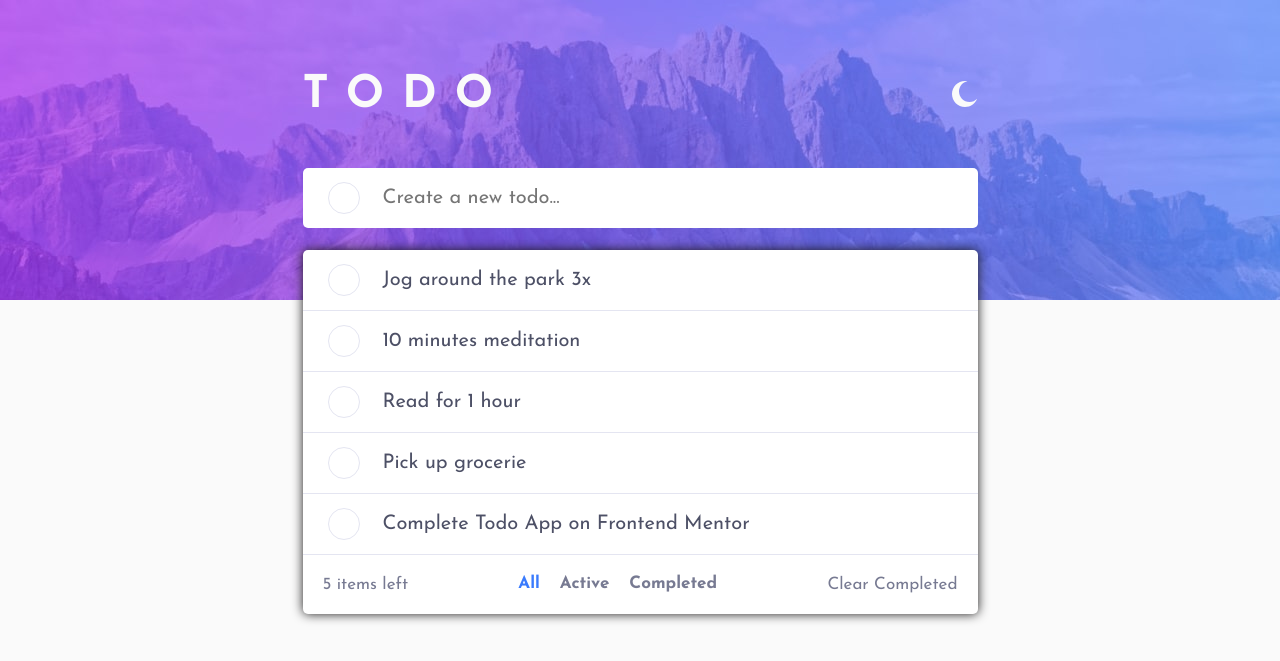
Repository: tomas938/todo-app
Page: /
An editor plug-in stored every save of this project. The page is shown before and after the next save, followed by the edit.
The browser window is 1280 px wide. The pictures show the whole page.
The project was rebuilt for these pictures with package versions that can differ from the ones it lists, and the page was loaded fresh each time.

Above is the page before, as saved 2021-08-18 13:41:17.

### src/main.js
import { createApp } from "vue";
import App from "./App.vue";
import router from "./router";

createApp(App)
	.use(router)
	.mount("#app");

### src/App.vue
<template>
	<router-view />
</template>

<style lang="scss">
@import "/src/scss/_variables";
:root {
	.dark {
		--bg-image: url(./assets/bg-desktop-dark.jpg);
		--items-bg-color: hsl(235, 24%, 19%);
		--body-bg: hsl(235, 21%, 11%);
		--todo-text: hsl(236, 33%, 92%);
		--todo-border: hsl(237, 14%, 26%);
	}
	.light {
		--bg-image: url(./assets/bg-desktop-light.jpg);
		--items-bg-color: hsl(0, 0%, 100%);
		--body-bg: hsl(0, 0%, 98%);
		--todo-text: hsl(233, 14%, 35%);
		--todo-border: hsl(236, 33%, 92%);
	}
}
* {
	margin: 0;
	padding: 0;
	box-sizing: border-box;
}
html {
	font-size: 62.5%;
}
body {
	font-size: 1.8rem;
	font-family: $font-primary;
	background-color: var(--body-bg);
}

li {
	list-style: none;
}
</style>

### src/router/index.js
import { createRouter, createWebHashHistory } from "vue-router";
import Home from "../views/Home.vue";

const routes = [
	{
		path: "/",
		name: "Home",
		component: Home,
	},
];

const router = createRouter({
	history: createWebHashHistory(),
	routes,
});

export default router;

### src/scss/_variables.scss
// LINK COLLORS-PRIMARY //

$primary: hsl(220, 98%, 61%);
$primary-bg: linear-gradient hsl(192, 100%, 67%) to hsl(280, 87%, 65%);

// LINK LIGHT THEME //

$light-gray: hsl(0, 0%, 98%);
$very-light-grayish-blue: hsl(236, 33%, 92%);
$light-grayish-blue: hsl(233, 11%, 84%);
$dark-grayish-blue: hsl(236, 9%, 61%);
$very-dark-grayish-blue: hsl(235, 19%, 35%);

// LINK DARK THEME //

$very-dark-blue: hsl(235, 21%, 11%);
$dark-desaturated-blue: hsl(235, 24%, 19%);
$light-grayish-blue--dark: hsl(234, 39%, 85%);
$light-grayish-blue--dark-hover: hsl(236, 33%, 92%);
$dark-grayish-blue--dark: hsl(234, 11%, 52%);
$very-dark-grayish-blue--dark: hsl(233, 14%, 35%);
$very-dark-grayish-blue--dark-2: hsl(237, 14%, 26%);

// LINK FONT //

@import url("https://fonts.googleapis.com/css2?family=Josefin+Sans:wght@400;700&display=swap");
$font-primary: "Josefin Sans", sans-serif;
$light: 400;
$bold: 700;

### src/views/Home.vue
<template>
	<Header />
	<Todos />
</template>

<script>
import Header from "../components/Header";
import Todos from "../components/Todos.vue";
export default {
	components: {
		Header,
		Todos,
	},
};
</script>
<style lang="scss"></style>

### src/components/Header.vue
<template>
	<header>
		<nav class="nav container">
			<div class="nav__title">
				<h1>todo</h1>
			</div>
			<svg
				v-if="ligth"
				@click="changeTheme"
				class="nav__theme"
				xmlns="http://www.w3.org/2000/svg"
				width="26"
				height="26"
			>
				<path
					fill="#fafafa"
					fill-rule="evenodd"
					d="M13 0c.81 0 1.603.074 2.373.216C10.593 1.199 7 5.43 7 10.5 7 16.299 11.701 21 17.5 21c2.996 0 5.7-1.255 7.613-3.268C23.22 22.572 18.51 26 13 26 5.82 26 0 20.18 0 13S5.82 0 13 0z"
				/>
			</svg>
			<svg
				v-else
				@click="changeTheme"
				xmlns="http://www.w3.org/2000/svg"
				width="26"
				height="26"
			>
				<path
					fill="#fafafa"
					fill-rule="evenodd"
					d="M13 21a1 1 0 011 1v3a1 1 0 11-2 0v-3a1 1 0 011-1zm-5.657-2.343a1 1 0 010 1.414l-2.121 2.121a1 1 0 01-1.414-1.414l2.12-2.121a1 1 0 011.415 0zm12.728 0l2.121 2.121a1 1 0 01-1.414 1.414l-2.121-2.12a1 1 0 011.414-1.415zM13 8a5 5 0 110 10 5 5 0 010-10zm12 4a1 1 0 110 2h-3a1 1 0 110-2h3zM4 12a1 1 0 110 2H1a1 1 0 110-2h3zm18.192-8.192a1 1 0 010 1.414l-2.12 2.121a1 1 0 01-1.415-1.414l2.121-2.121a1 1 0 011.414 0zm-16.97 0l2.121 2.12A1 1 0 015.93 7.344L3.808 5.222a1 1 0 011.414-1.414zM13 0a1 1 0 011 1v3a1 1 0 11-2 0V1a1 1 0 011-1z"
				/>
			</svg>
		</nav>
		<div class="new-todo">
			<input type="text" placeholder="Create a new todo..." />
		</div>
	</header>
</template>

<script>
export default {
	data() {
		return {
			ligth: true,
			body: document.body,
		};
	},
	methods: {
		changeTheme() {
			this.ligth = !this.ligth;
			if (!this.ligth) {
				this.body.classList.remove("light");
				this.body.classList.add("dark");
			} else {
				this.body.classList.remove("dark");
				this.body.classList.add("light");
			}
		},
	},
	mounted() {
		this.body.classList.add("light");
	},
};
</script>

<style lang="scss" scoped>
@import "/src/scss/_variables";

header {
	height: 30rem;
	display: flex;
	flex-direction: column;
	align-items: center;
	justify-content: center;
	gap: 5rem;
	padding: 3rem;
	background-image: var(--bg-image);
	background-repeat: no-repeat;
	background-size: cover;
}
.nav {
	max-width: 67.5rem;
	width: 100%;
	display: flex;
	justify-content: space-between;
	align-items: baseline;
	&__title h1 {
		font-size: 4.5rem;
		letter-spacing: 1.8rem;
		text-transform: uppercase;
	}

	svg {
		cursor: pointer;
	}
}
.new-todo {
	max-width: 67.5rem;
	width: 100%;
	position: relative;
	&::before {
		content: "";
		position: absolute;
		top: 50%;
		transform: translateY(-50%);
		left: 2.5rem;
		width: 3rem;
		height: 3rem;
		border-radius: 50%;
		border: 1px solid var(--todo-border);
	}
}
input {
	background-color: var(--items-bg-color);
	width: 100%;
	outline: none;
	border: none;
	padding: 2rem;
	padding-left: 8rem;
	border-radius: 0.5rem;
	font-size: 2rem;
	font-family: $font-primary;
	font-weight: $light;
}
h1 {
	color: $light-gray;
}
</style>

### src/components/Todos.vue
<template>
	<main>
		<ul class="todos">
			<li v-for="(todo, index) in todos" :key="index" class="todo-item">
				<span>{{ todo }}</span>
			</li>
			<!-- <li class="todo-item">
				<span>Learn Vue.js</span>
			</li>
			<li class="todo-item">
				<span>10 minutes meditation</span>
			</li> -->
			<div class="filters">
				<div class="items-left">
					<span>5 items left</span>
				</div>
				<div class="filter">
					<span>All</span>
					<span>Active</span>
					<span>Completed</span>
				</div>
				<div class="clear">
					<span>Clear Completed</span>
				</div>
			</div>
		</ul>
	</main>
</template>

<script>
export default {
	data() {
		return {
			todos: [
				"Jog around the park 3x",
				"10 minutes meditation",
				"Read for 1 hour",
				"Pick up grocerie",
				"Complete Todo App on Frontend Mentor",
			],
		};
	},
};
</script>

<style lang="scss" scoped>
@import "/src/scss/_variables";

main {
	padding: 0 3rem;
	display: flex;
	justify-content: center;
	transform: translateY(-5rem);
}
.todos {
	max-width: 67.5rem;
	width: 100%;
	border-radius: 0.5rem;
	background-color: var(--items-bg-color);
	box-shadow: 0px 0px 11px 0px #1a1919;
}
.todo-item {
	position: relative;
	width: 100%;
	padding: 2rem;
	padding-left: 8rem;
	font-size: 2rem;
	font-family: $font-primary;
	font-weight: $light;
	color: var(--todo-text);
	border-bottom: 1px solid var(--todo-border);

	// FIXME maybe group styling //
	&::before {
		cursor: pointer;
		content: "";
		position: absolute;
		top: 50%;
		transform: translateY(-50%);
		left: 2.5rem;
		width: 3rem;
		height: 3rem;
		border-radius: 50%;
		border: 1px solid var(--todo-border);
	}
	&::after {
		opacity: 0;
		cursor: pointer;
		content: "";
		position: absolute;
		right: 2.5rem;
		width: 2.6rem;
		height: 2.6rem;
		background-image: url(../assets/icon-cross.svg);
		background-repeat: no-repeat;
	}
	&:hover:after {
		transition: opacity 0.5s ease-in-out;
		opacity: 1;
	}
}
.filters {
	display: flex;
	justify-content: space-between;
	padding: 2rem;
	.filter {
		display: flex;
		gap: 2rem;
		span {
			font-weight: $bold;
			&:first-child {
				color: $primary;
			}
		}
	}
	.items-left {
		span {
			cursor: auto;
		}
	}
	span {
		color: $dark-grayish-blue--dark;
		cursor: pointer;
		font-size: 1.7rem;
	}
}
</style>

Loaded but not shown: public/index.html (common file)

After the next save:
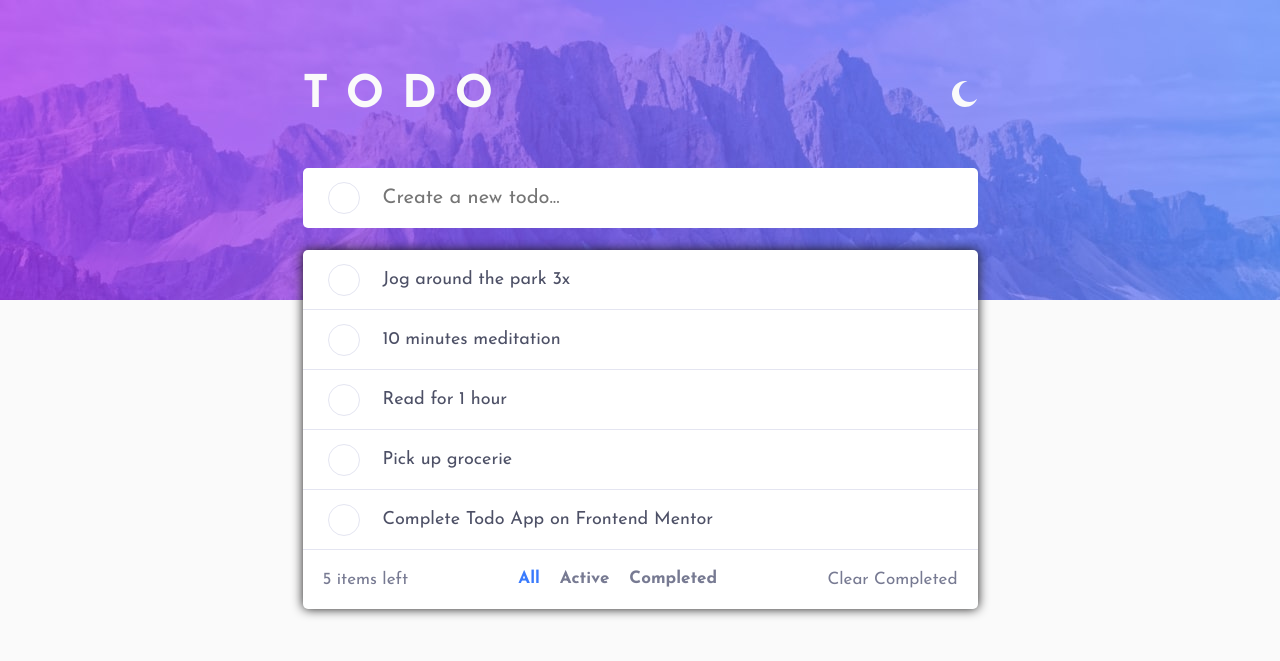
Saved 83 s later.
--- a/src/components/Todos.vue
+++ b/src/components/Todos.vue
@@ -64,7 +64,6 @@ main {
 	width: 100%;
 	padding: 2rem;
 	padding-left: 8rem;
-	font-size: 2rem;
 	font-family: $font-primary;
 	font-weight: $light;
 	color: var(--todo-text);
